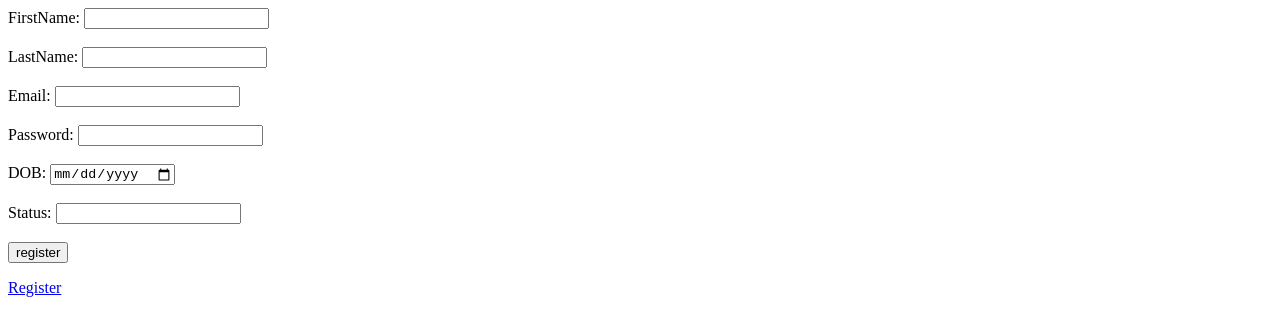
Repository: KD3-86679-Shraddha-Jadhav/AdvancesJava
Page: http://localhost/VotingAppusingJSPandJavaBeans/newuser.jsp
An editor plug-in stored every save of this project. The page is shown before and after the next save, followed by the edit.
The browser window is 1280 px wide. The pictures show the whole page.
The page is served by Tomcat 9. Other server files are loaded and not shown.

Above is the page before, as saved 2024-12-05 14:56:42.

### Assign04/VotingAppusingJSPandJavaBeans/src/main/webapp/newuser.jsp
 <!DOCTYPE html>
<html>
<head>
<meta charset="ISO-8859-1">
<title>Registration</title>
<form method="post" action="register.jsp">
</head>
<body>

          FirstName: <input type="text" name="firstname"/> <br></br>
          LastName: <input type="text" name="lastname"/> <br></br>
          Email: <input type="text" name="email"/> <br></br>
          Password: <input type="text" name="passwd"/> <br></br>
          DOB: <input type="date" name="dob"/> <br></br>
          Status: <input type="int" name="status"/> <br></br>

          <input type="submit" value="register"/>
          <p>
                 <a href="index.jsp">Register</a>
          </p>
</form>
</body>
</html>

After the next save:
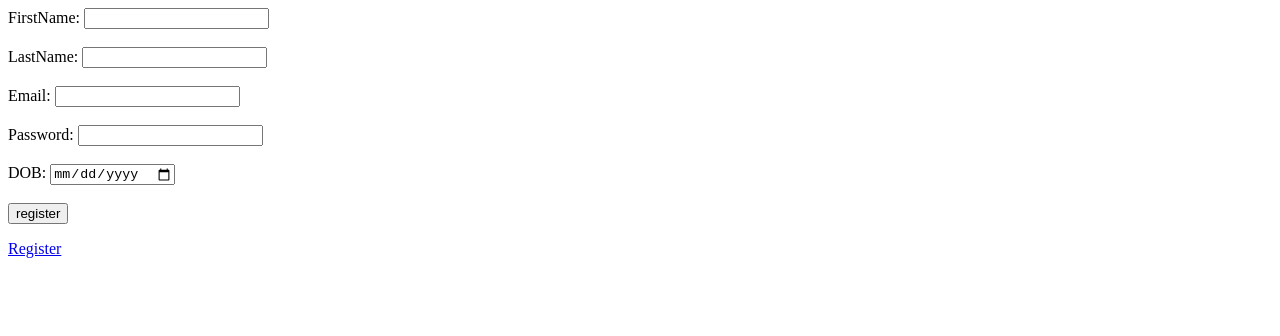
Saved 3 min 21 s later.
--- a/Assign04/VotingAppusingJSPandJavaBeans/src/main/webapp/newuser.jsp
+++ b/Assign04/VotingAppusingJSPandJavaBeans/src/main/webapp/newuser.jsp
@@ -3,21 +3,19 @@
 <head>
 <meta charset="ISO-8859-1">
 <title>Registration</title>
-<form method="post" action="register.jsp">
 </head>
 <body>
 
-          FirstName: <input type="text" name="firstname"/> <br></br>
-          LastName: <input type="text" name="lastname"/> <br></br>
-          Email: <input type="text" name="email"/> <br></br>
+       <form method="post" action="register.jsp">
+          FirstName: <input type="text" name="fname"/> <br></br>
+          LastName: <input type="text" name="lname"/> <br></br>
+          Email: <input type="text" name="uemail"/> <br></br>
           Password: <input type="text" name="passwd"/> <br></br>
           DOB: <input type="date" name="dob"/> <br></br>
-          Status: <input type="int" name="status"/> <br></br>
-
           <input type="submit" value="register"/>
           <p>
                  <a href="index.jsp">Register</a>
           </p>
-</form>
+          </form>
 </body>
 </html>
